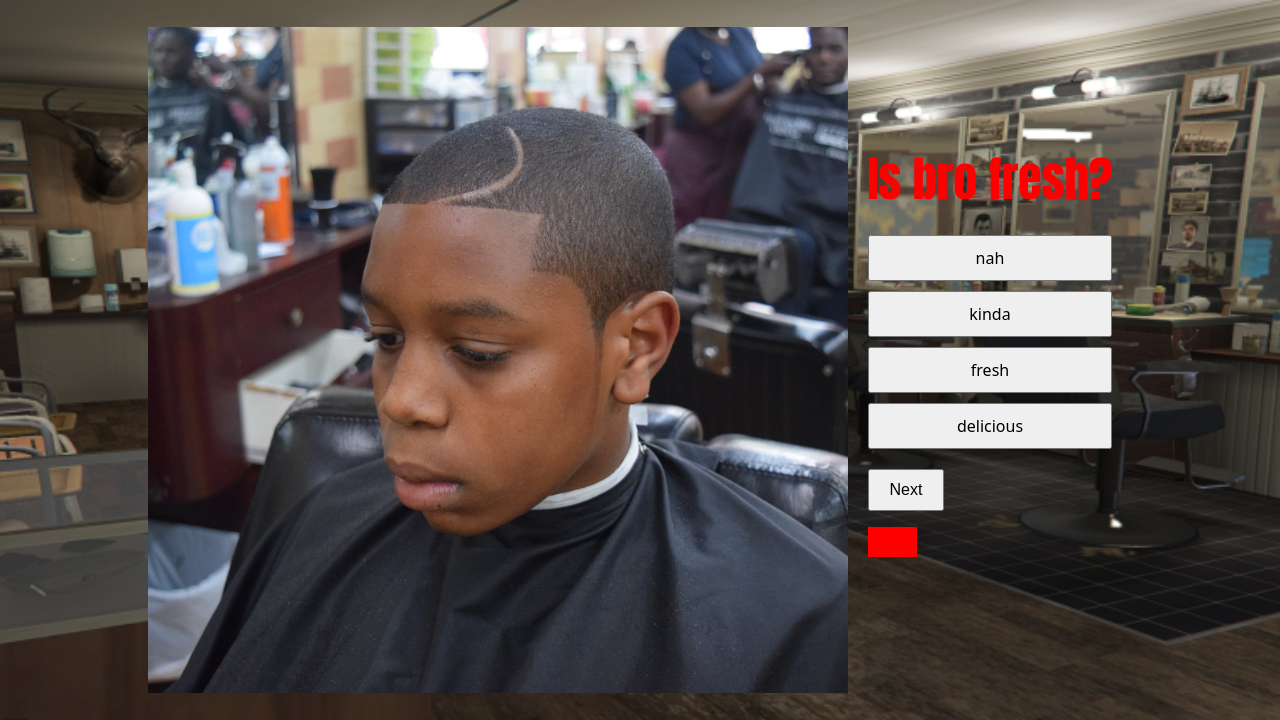
Repository: anderscederberg11/unhandledRuntimeError.json
Page: Henver/henver2.html
The author's editor kept a copy of each file at every save. The page is drawn from the files as they stood at one save, then again after the next save.
The browser window is 1280 px wide. The pictures show the whole page.

Above is the page before, as saved 2024-05-24 19:48:25.

### Henver/henver2.html
<!DOCTYPE html>
<html lang="en">
<head>
    <meta charset="UTF-8">
    <meta name="viewport" content="width=device-width, initial-scale=1.0">
    <title>HaircutHenver</title>
    <link rel="stylesheet" href="henver2.css">
    <style>
    body {
    background-image: url('/Henver/imgs/gtabarber.webp');
    background-size: cover;
    background-repeat: no-repeat;
        }
    </style>
</head>
<body>
    <audio id="background-music" src="/Henver/imgs/fisherr.mp3" autoplay></audio>
    <div class="haircutVro">
        <img class="haircutPic" src="/Henver/imgs/haircutbro.jpeg" alt="kid in barber chair">
    </div>
    <div class="quiz-container">
        <div id="question"></div>
        <div id="options"></div>
        <button id="next-btn" onclick="nextQuestion()">Next</button>
        <div id="progress"></div>
        <button id="play-sound-btn" style="display: none;" onclick="playSound()">Spray</button>
        <button id="redirect-btn" style="display: none;" onclick="redirect()">Continue Experience</button>
    </div>
    <script>
        const questions = [
            {
                question: "Is bro fresh?",
                options: ["nah", "kinda", "fresh", "delicious"],
                answer: "fresh"
            },
            {
                question: "Is this Kai Cenat?",
                options: ["nah", "yes", "fanum", "who?"],
                answer: "nah"
            },
            {
                question: "He pulls all the girls with his ___ ?",
                options: ["Swagger", "Game", "Rizz"],
                answer: "Rizz"
            },
            {
                question: "What is good tongue posture called??",
                options: ["lofting", "gleeking", "mewing", "NaCl"],
                answer: "mewing"
            },
            {
                question: "Should we spray bro down?",
                options: ["yes", "no"],
                answer: "yes"
            }
        ];

        let currentQuestion = 0;
        const progress = document.getElementById("progress");
        const questionDiv = document.getElementById("question");
        const optionsDiv = document.getElementById("options");

        function loadQuestion() {
            const q = questions[currentQuestion];
            questionDiv.textContent = q.question;
            optionsDiv.innerHTML = "";
            q.options.forEach((opt) => {
                const btn = document.createElement("button");
                btn.textContent = opt;
                btn.onclick = () => checkAnswer(opt);
                optionsDiv.appendChild(btn);
            });
            updateProgress();
        }

        function checkAnswer(selectedOption) {
            if (selectedOption === questions[currentQuestion].answer) {
                if (currentQuestion === questions.length - 1) {
                    document.getElementById("play-sound-btn").style.display = "inline-block";
                    document.getElementById("redirect-btn").style.display = "inline-block";
                }
                currentQuestion++;
                loadQuestion();
            }
        }

        function nextQuestion() {
            if (currentQuestion < questions.length - 1) {
                currentQuestion++;
                loadQuestion();
            }
        }

        function updateProgress() {
            const percent = ((currentQuestion + 1) / questions.length) * 100;
            progress.style.width = percent + "%";
        }

        function playSound() {
            const audio = new Audio('/Henver/imgs/Its just alcohol.mp3');
        audio.play();
        }

        function redirect() {
            window.location.href = "henver3.html";
        }

        loadQuestion();
    </script>
</body>
</html>

### Henver/henver2.css
body, html {
    height: 100%;
    margin: 0;
    display: flex;
    align-items: center;
    justify-content: center;
}

.haircutVro {
    display: flex;
    align-items: center;
    justify-content: center;
    width: 700px;
    height: 700px;
}

.haircutPic {
    max-width: 100%;
    max-height: 100%;
}

.quiz-container {
    max-width: 600px;
    margin: 0 auto;
    padding: 20px;
}

#question {
    font-family: Impact, Haettenschweiler, 'Arial Narrow Bold', sans-serif;
    color:red;
    font-size: 3rem;
    margin-bottom: 20px;
}

#options button {
    font-family: system-ui, -apple-system, BlinkMacSystemFont, 'Segoe UI', Roboto, Oxygen, Ubuntu, Cantarell, 'Open Sans', 'Helvetica Neue', sans-serif;
    display: block;
    width: 100%;
    padding: 10px;
    margin-bottom: 10px;
    font-size: 16px;
    cursor: pointer;
}

#next-btn {
    display: block;
    margin-top: 20px;
    padding: 10px 20px;
    font-size: 16px;
    cursor: pointer;
}

#progress {
    margin-top: 1rem;
    background-color: red;
    height: 30px;
    margin-bottom: 20px;
}

#progress::after {
    content: "";
    display: block;
    background-color: #4CAF50;
    height: 100%;
    width: 0;
}

#play-sound-btn, #redirect-btn {
    display: none;
    margin-top: 20px;
    padding: 10px 20px;
    font-size: 16px;
    cursor: pointer;
}

#play-sound-btn {
    background-color: #4CAF50;
    color: white;
    border: none;
}

#redirect-btn {
    background-color: #f44336;
    color: white;
    border: none;
}

After the next save:
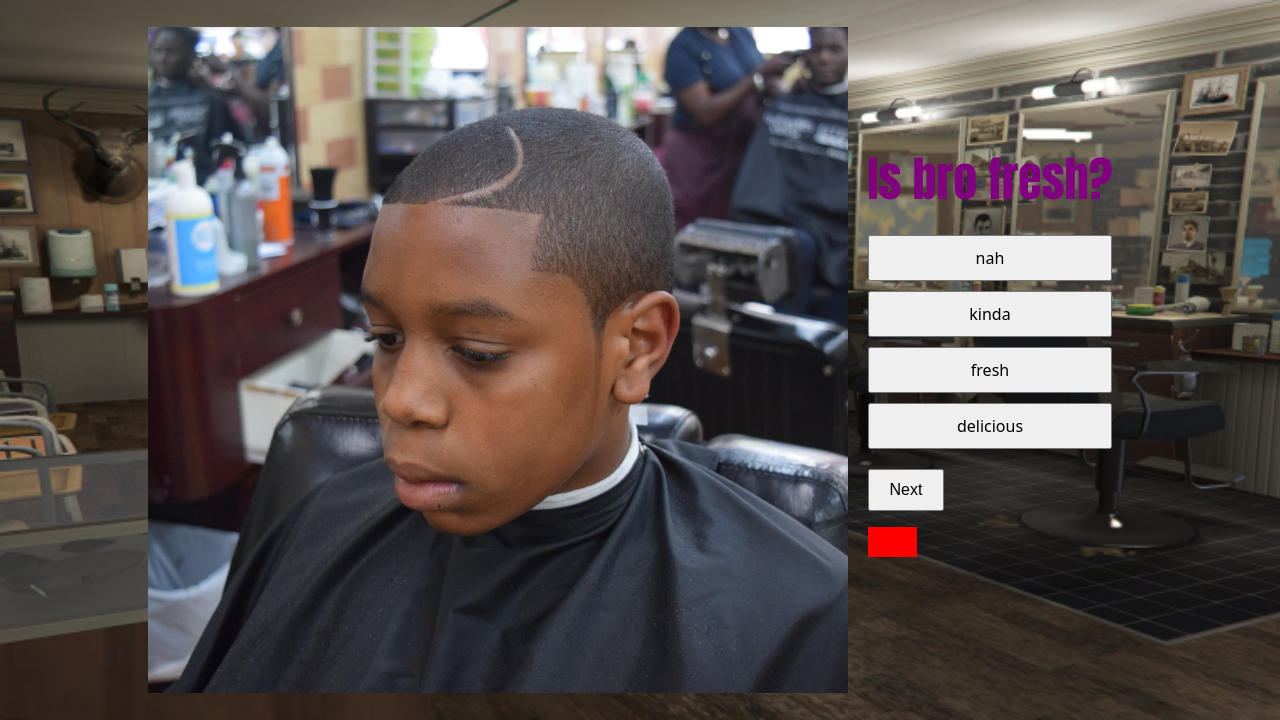
Saved 7 s later.
--- a/Henver/henver2.css
+++ b/Henver/henver2.css
@@ -27,7 +27,7 @@
 
 #question {
     font-family: Impact, Haettenschweiler, 'Arial Narrow Bold', sans-serif;
-    color:red;
+    color:purple;
     font-size: 3rem;
     margin-bottom: 20px;
 }

After the save that followed:
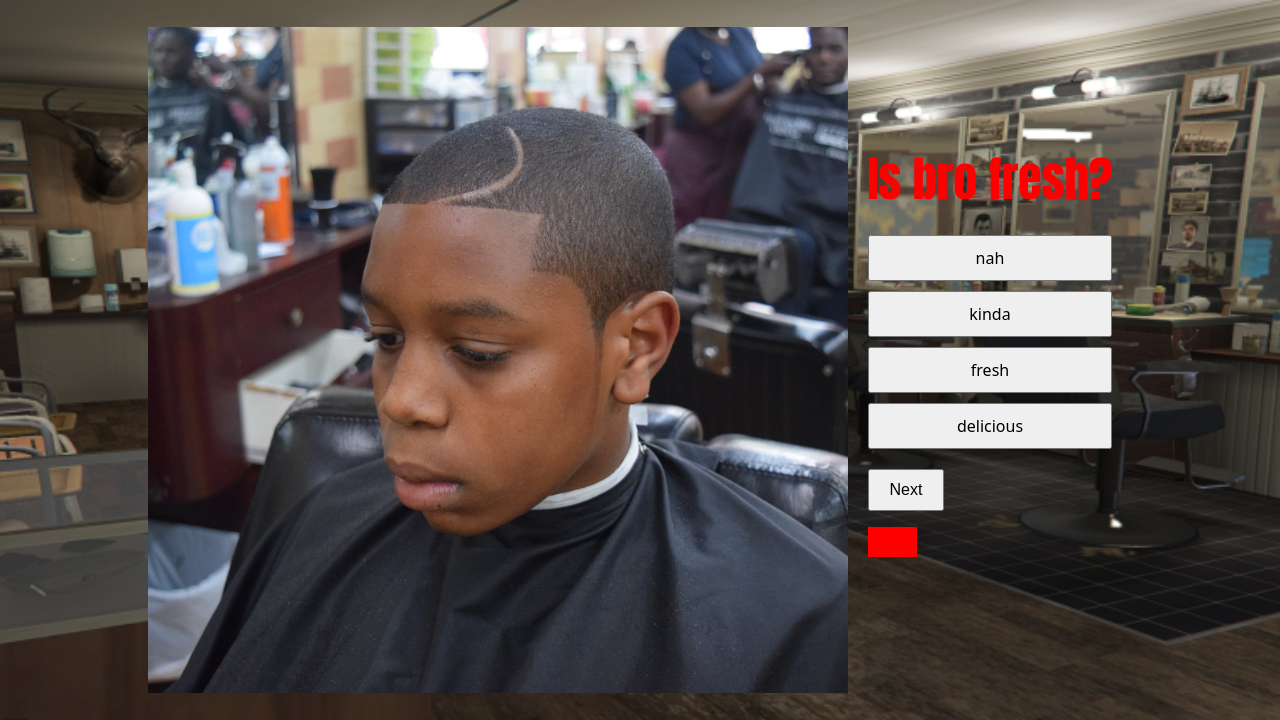
Saved 9 s later.
--- a/Henver/henver2.css
+++ b/Henver/henver2.css
@@ -27,7 +27,7 @@
 
 #question {
     font-family: Impact, Haettenschweiler, 'Arial Narrow Bold', sans-serif;
-    color:purple;
+    color:red;
     font-size: 3rem;
     margin-bottom: 20px;
 }
